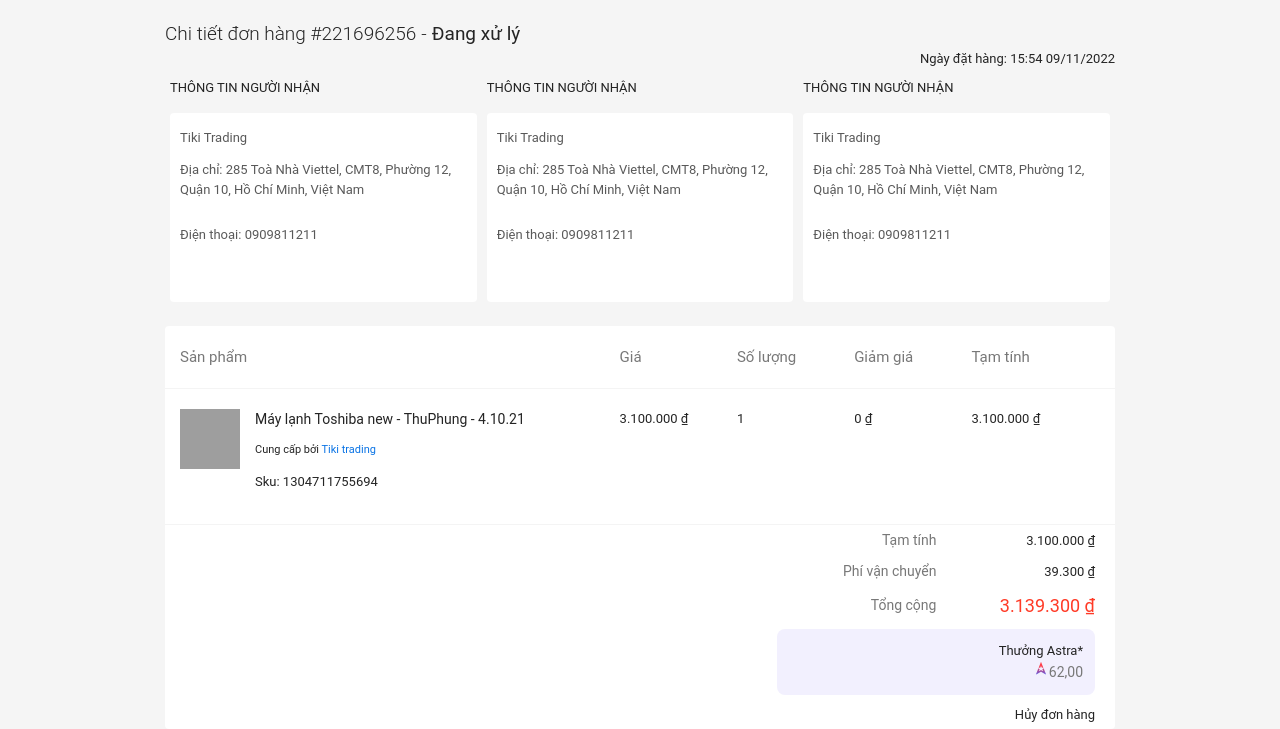
Repository: baopham2-tiki/tiki-order-listing
Page: /detailApp
The author's editor kept a copy of each file at every save. The page is drawn from the files as they stood at one save, then again after the next save.
The browser window is 1280 px wide. The pictures show the whole page.
Pictures or frames that could not be fetched are drawn as grey boxes. The page's requests for data from a server got no answer. The project was rebuilt for these pictures with package versions that can differ from the ones it lists, and the page was loaded fresh each time. The framework's server and built-in components were replaced by stand-ins that run in the browser. No one was signed in, and anything a server would have sent is missing. Also part of the build but not shown: next.config.js.

Above is the page before, as saved 2022-11-12 12:05:42.

After the next save:
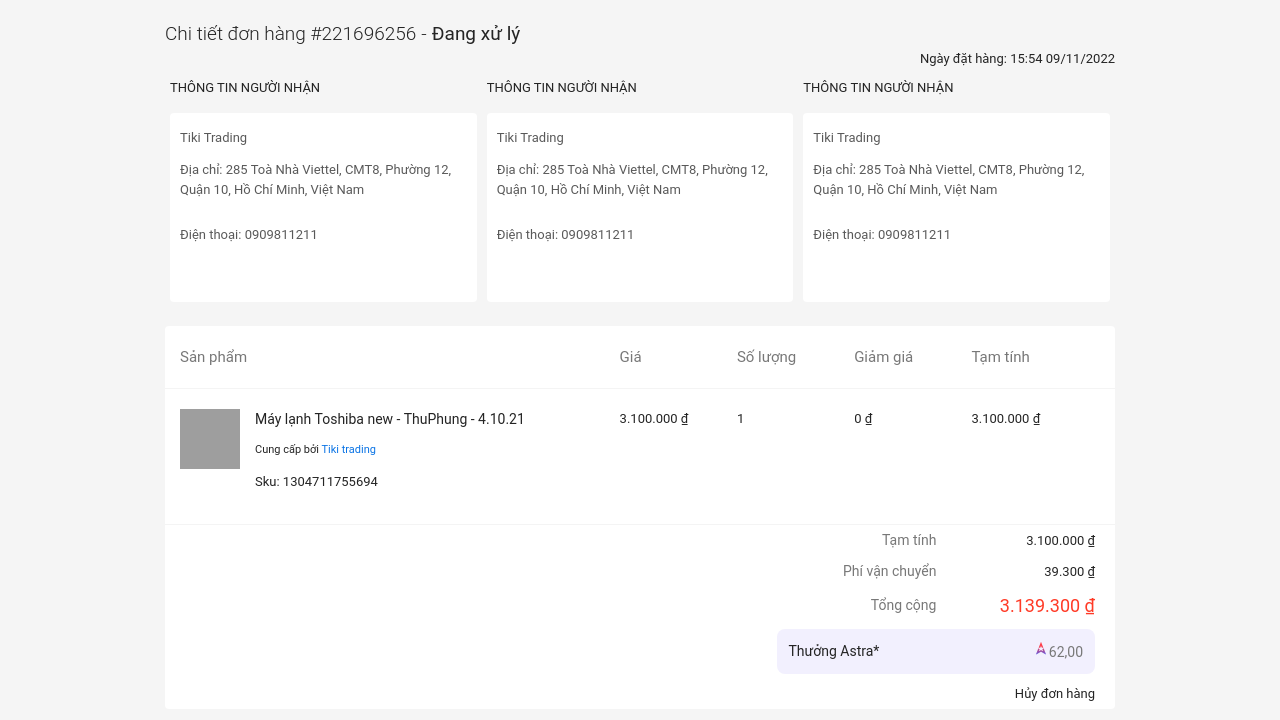
Saved 39 s later.
--- a/components/detail.jsx
+++ b/components/detail.jsx
@@ -170,6 +170,15 @@ const ProductList = styled.div`
               display: grid;
               gap: 8px;
             }
+            .styles__FlexRow-sc-108xqhy-2 {
+              display: flex;
+              align-items: flex-start;
+              -webkit-box-pack: justify;
+              justify-content: space-between;
+              font-weight: 400;
+              font-size: 14px;
+              line-height: 20px;
+            }
           }
         }
       }
